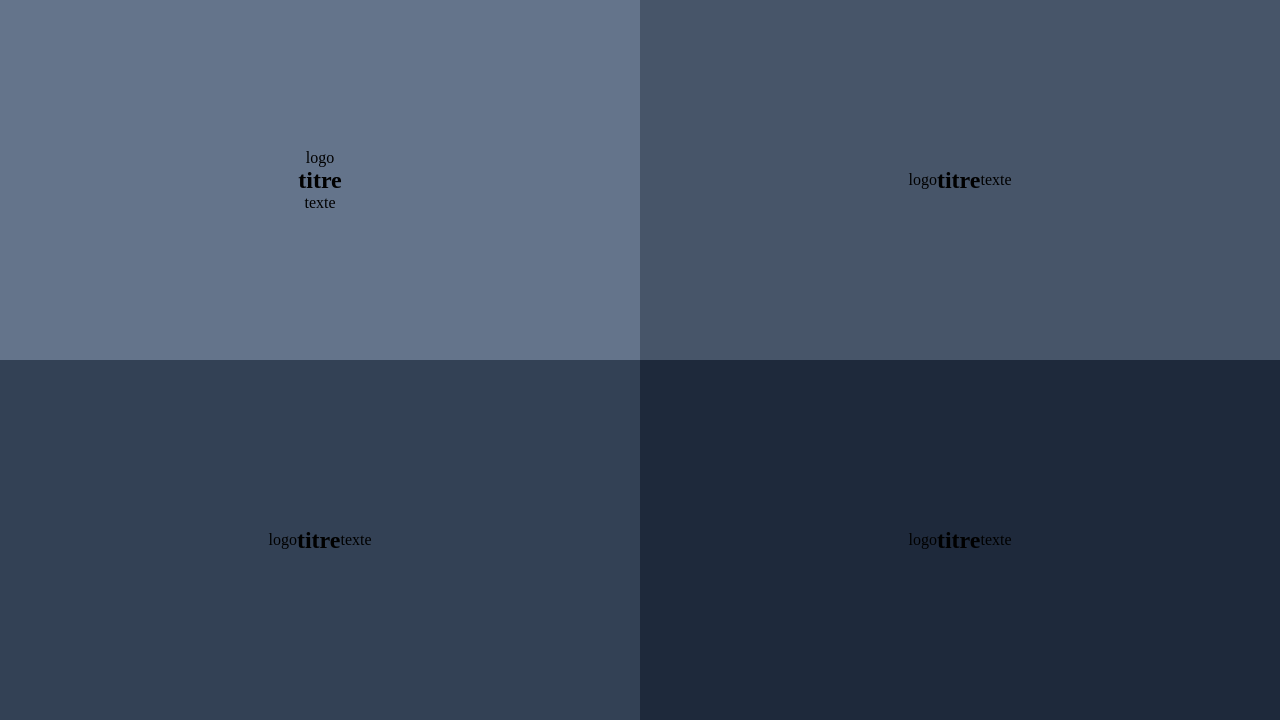
Repository: AriyiiA/ariyiia.github.io
Page: contact.html
The author's editor kept a copy of each file at every save. The page is drawn from the files as they stood at one save, then again after a run of saves.
The browser window is 1280 px wide. The pictures show the whole page.
Some web libraries are served in a nearby version.

Above is the page before, as saved 2023-03-10 12:10:12.

### contact.html
<!DOCTYPE html>
<html lang="fr">
<head>
    <meta charset="UTF-8">
    <meta http-equiv="X-UA-Compatible" content="IE=edge">
    <meta name="viewport" content="width=device-width, initial-scale=1.0">
    <script src="https://kit.fontawesome.com/7423b0aaa5.js" crossorigin="anonymous"></script>
    <link rel="stylesheet" href="/src/contact.css">
    <title>Le portfolio de Sévan</title>
</head>
<body>
    <div class="container">
        <div class="box1">
            <span>logo</span>
            <h2>titre</h2>
            <p>texte</p>
        </div>
        <div class="box2">
            <span>logo</span>
            <h2>titre</h2>
            <p>texte</p>
        </div>
        <div class="box3">
            <span>logo</span>
            <h2>titre</h2>
            <p>texte</p>
        </div>
        <div class="box4">
            <span>logo</span>
            <h2>titre</h2>
            <p>texte</p>
        </div>
    </div>
    <!-- <div id="back" onclick="history.back()"></div>
    <div class="socialmedia">
    <a href="mailto:sevan.gardes@live.fr"><i class="fa-solid fa-envelope"></i></a>
    <a href="tel:0684726861"><i class="fa-solid fa-phone"></i></a>
    <a href="https://twitter.com/sevan_gardes"><i class="fa-brands fa-twitter"></i></a>
    <a href="https://www.facebook.com/habsbourg.dvdbbddb"><i class="fa-brands fa-facebook-f"></i></a>
    <a href="https://www.linkedin.com/in/s%C3%A9van-gardes-9a0474243/"><i class="fa-brands fa-linkedin-in"></i></a>
    <a href="https://www.instagram.com/sevan_gardes/"><i class="fa-brands fa-instagram"></i></a>
    </div> -->
    <script src="src/app.js"></script>
</body>
</html>

### src/contact.css
*
{
    margin: 0;
    padding: 0;
}
.container
{
    display: grid;
    grid-template-columns: repeat(2, 1fr);
    grid-template-rows: repeat(2, 1fr);
    grid-column-gap: 0px;
    grid-row-gap: 0px;
    height: 100vh;
}
.box1
{
    display: flex;
    flex-direction: column;
    justify-content: center;
    align-items: center;
    background-color: #64748b;
}
.box2
{
    display: flex;
    justify-content: center;
    align-items: center;
    background-color: #475569;
}
.box3
{
    display: flex;
    justify-content: center;
    align-items: center;
    background-color: #334155;
}
.box4
{
    display: flex;
    justify-content: center;
    align-items: center;
    background-color: #1e293b;
}

Loaded but not shown: src/app.js (no stored copy; drawn as an empty file)

After the next 2 saves:
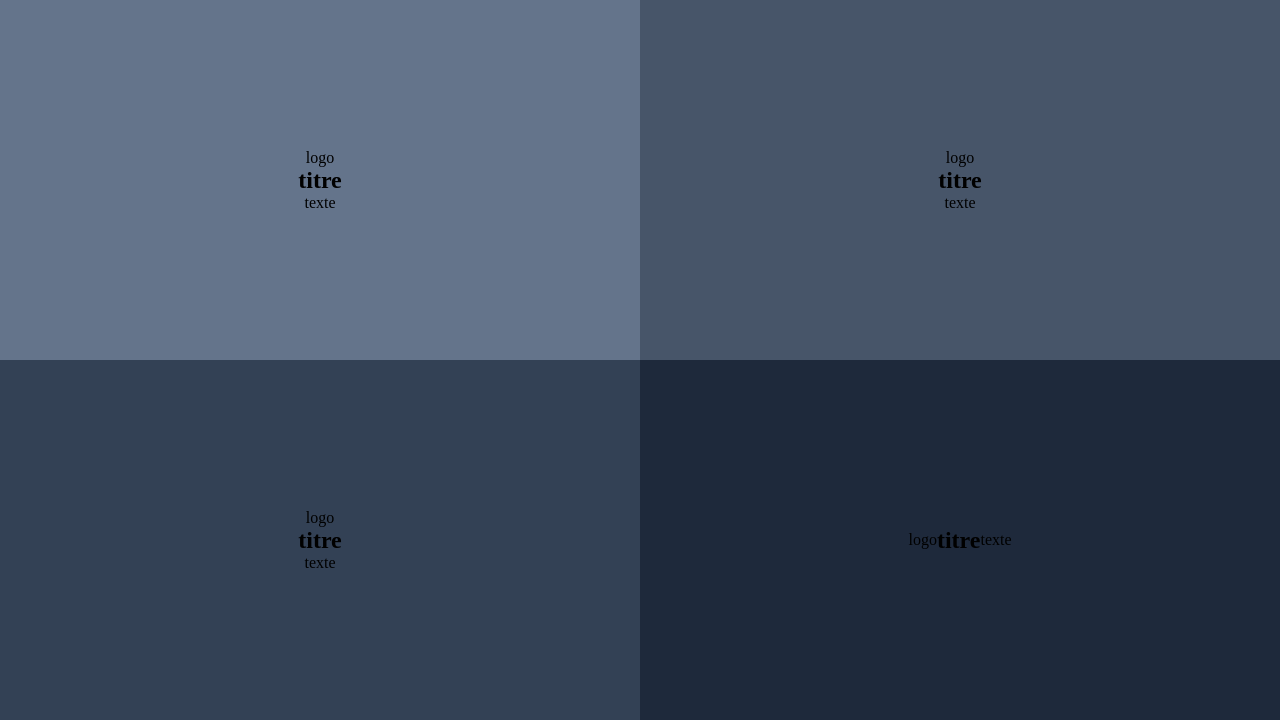
The 2 saves are shown as one change because they came seconds apart.
The last was saved 7 s later.
--- a/src/contact.css
+++ b/src/contact.css
@@ -23,6 +23,7 @@
 .box2
 {
     display: flex;
+    flex-direction: column;
     justify-content: center;
     align-items: center;
     background-color: #475569;
@@ -30,6 +31,7 @@
 .box3
 {
     display: flex;
+    flex-direction: column;
     justify-content: center;
     align-items: center;
     background-color: #334155;
